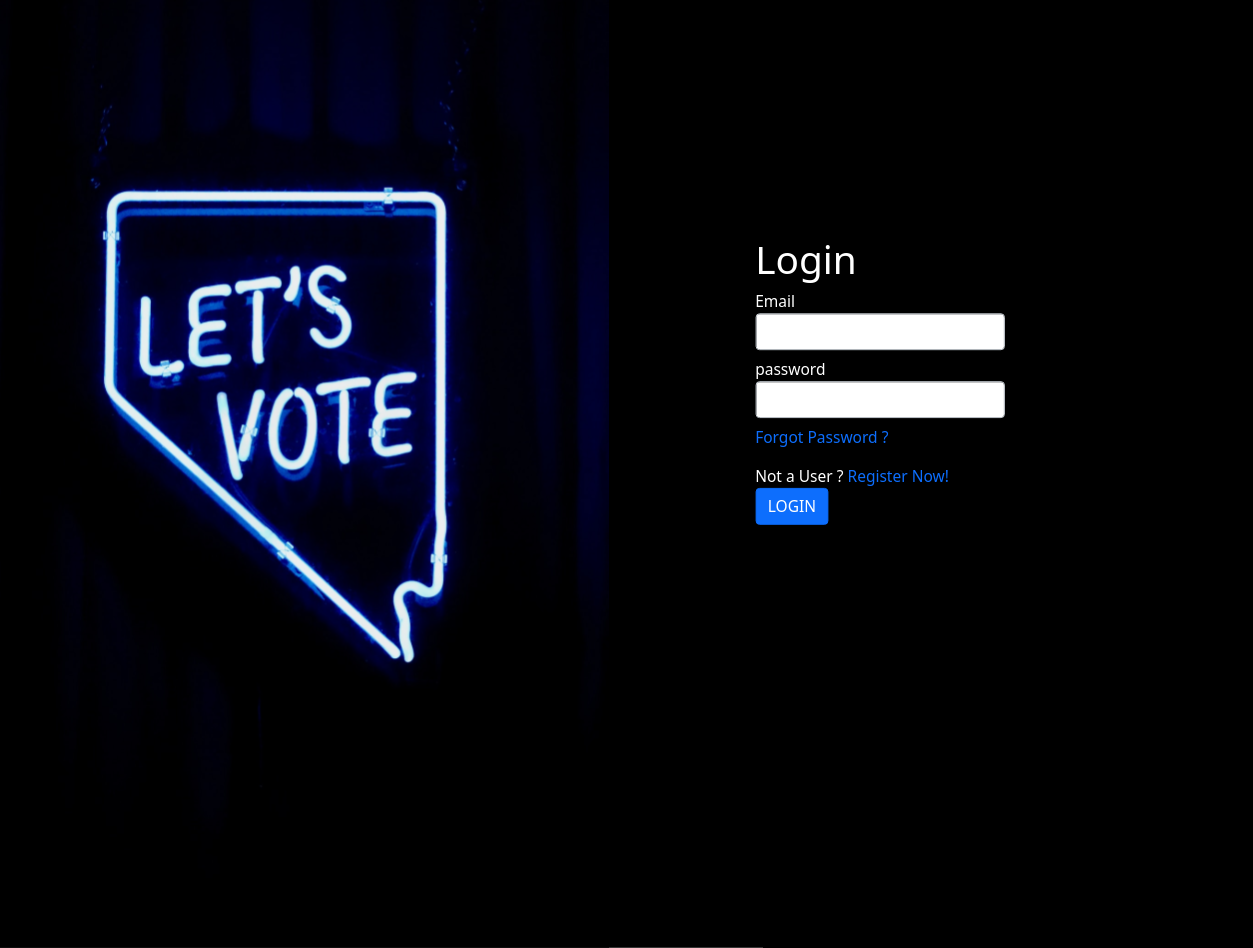
Repository: DavidManiIbrahim/Voting-app
Page: Login.html
An editor plug-in stored every save of this project. The page is shown before and after a run of saves, followed by the edit.
The browser window is 1280 px wide. The page is 1292 px wide, so the pictures cover 1292 px, including what lies to the right of the window. The pictures show the whole page, at 97% of full size.

Above is the page before, as saved 2025-01-18 07:13:05.

### Login.html
<!DOCTYPE html>
<html lang="en">
<head>
    <meta charset="UTF-8">
    <meta name="viewport" content="width=device-width, initial-scale=1.0">
    <title>Login Page</title>
    <link rel="stylesheet" href="./bootstrap.css">
</head>
<body>

<style>
    form{
        position: relative;
        top: 20%;
    }
    .hero{
        background: #000;
    }
</style>

<div class="row hero">
    <div class="col-md  container-fluid">
        <img src="./unsplash_LA1VawaCjjI.svg" alt="login image" class=" img-fluid" width="100%">
    </div>
    <div class="col-md text-white align-items-center">
        <form action="" class="w-75 p-5 m-auto ">
            <h1>Login</h1>
            <label for="email" class="form-label">Email  <br>
                <input class="form-control" type="text">
            </label> <br>
            <label class="form-label"" for="password">password  <br>
                <input class="form-control w-100" type="password" class="form-text">
            </label> <br>
            <p class="text-primary">Forgot Password ?</p>
            <span>Not a User ?</span>
            <span class="text-primary">Register Now!</span> <br>
            <button class="btn btn-primary">LOGIN</button>
        </form>
    </div>
</div>








<script src="./bootstrap.min.js"></script>
</body>
</html>

Loaded but not shown: bootstrap.css (library); bootstrap.min.js (library)

After the next 2 saves:
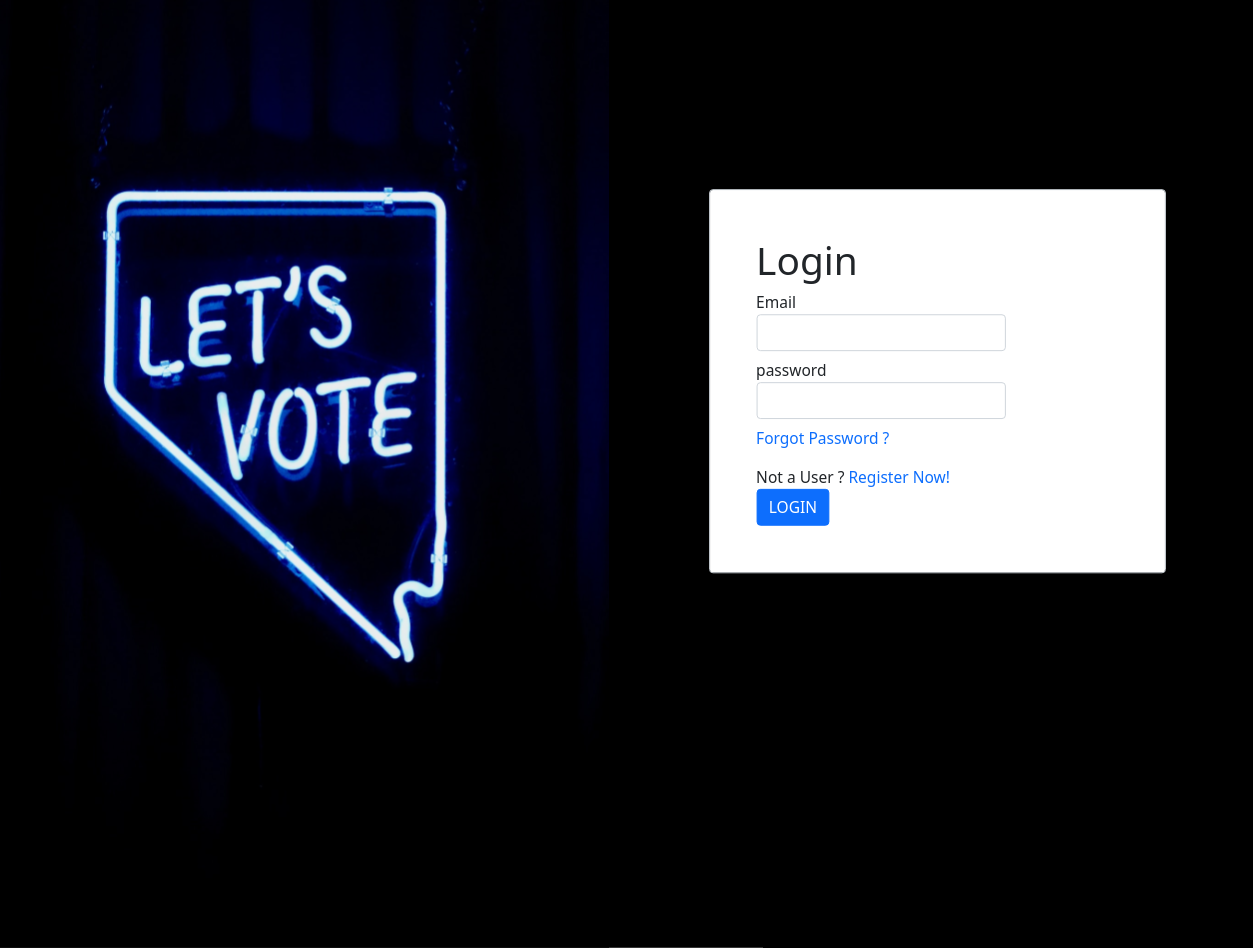
The 2 saves are shown as one change because they came seconds apart.
The last was saved 10 s later.
--- a/Login.html
+++ b/Login.html
@@ -23,7 +23,7 @@
         <img src="./unsplash_LA1VawaCjjI.svg" alt="login image" class=" img-fluid" width="100%">
     </div>
     <div class="col-md text-white align-items-center">
-        <form action="" class="w-75 p-5 m-auto ">
+        <form action="" class="w-75 form-control p-5 m-auto ">
             <h1>Login</h1>
             <label for="email" class="form-label">Email  <br>
                 <input class="form-control" type="text">
